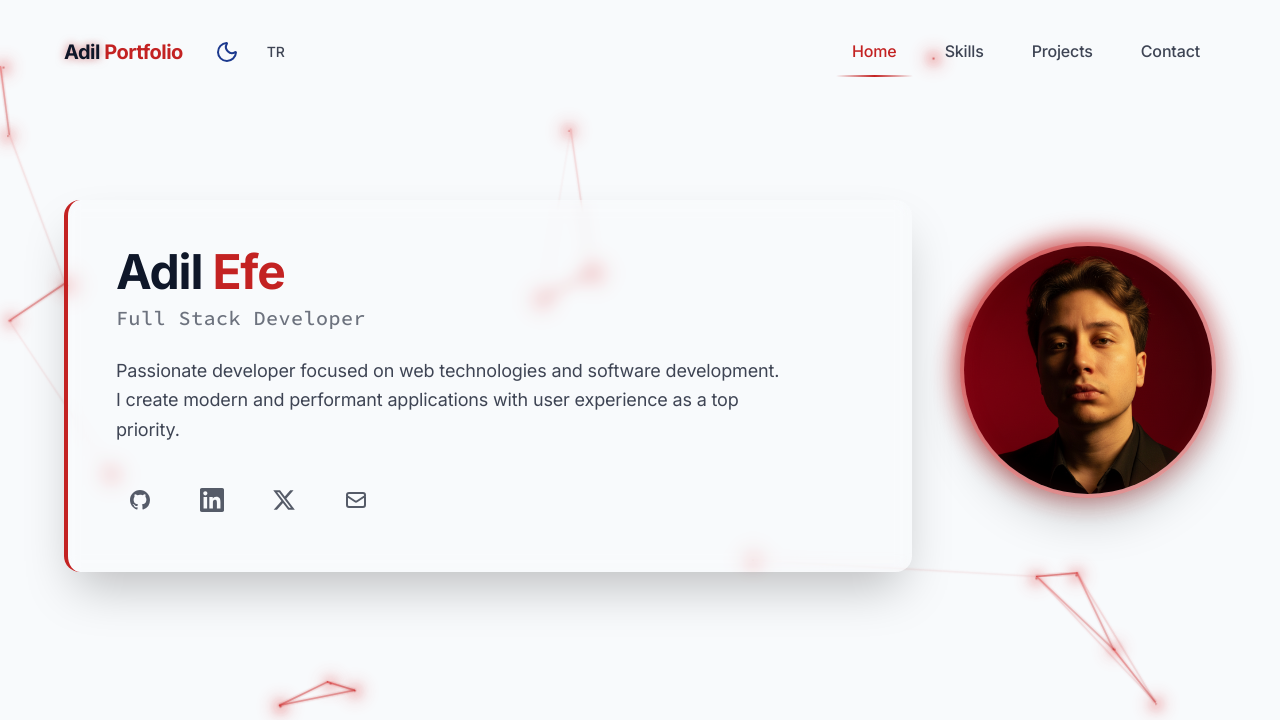
Repository: jusiann/personal-portfolio
Page: / (app in my-portfolio/)
The author's editor kept a copy of each file at every save. The page is drawn from the files as they stood at one save, then again after the next save.
The browser window is 1280 px wide. The pictures show the whole page.
The project was rebuilt for these pictures with package versions that can differ from the ones it lists, and the page was loaded fresh each time. Also part of the build but not shown: my-portfolio/vite.config.js, my-portfolio/src/pages/Skills.jsx, my-portfolio/src/pages/Projects.jsx, my-portfolio/src/pages/Contact.jsx, my-portfolio/src/pages/NotFound.jsx.

Above is the page before, as saved 2025-11-20 07:52:13.

After the next save:
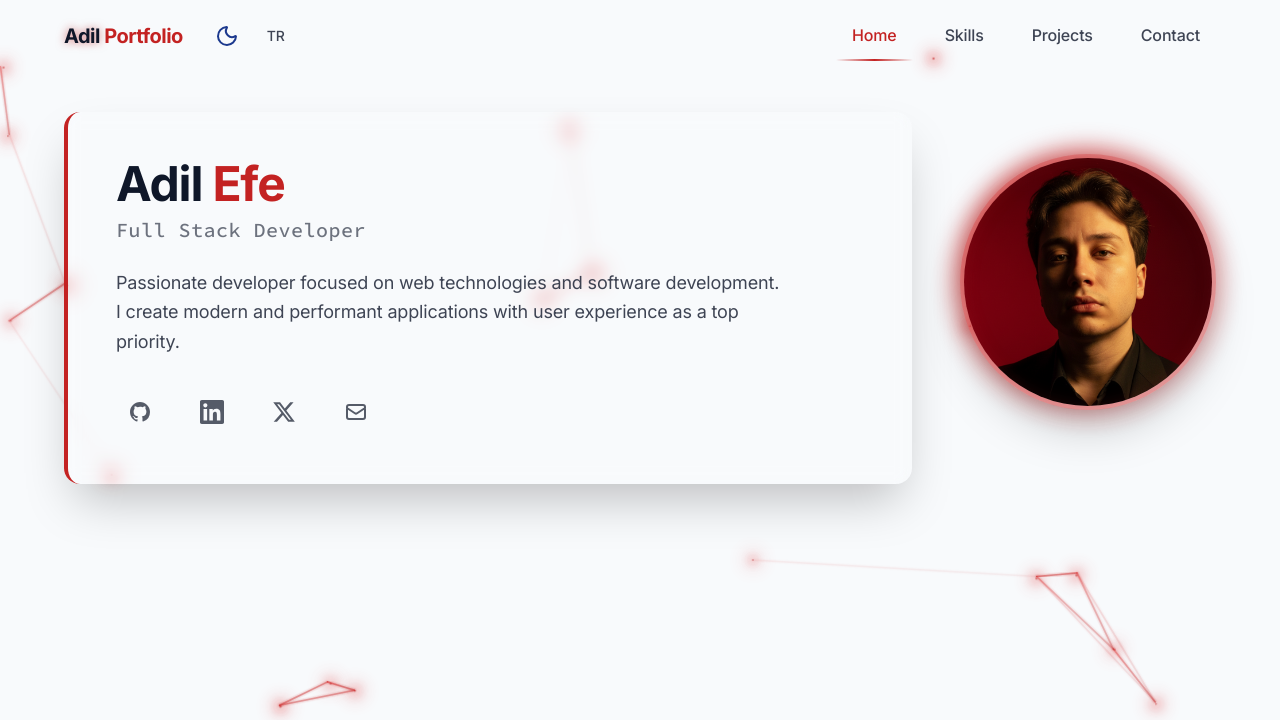
Saved 3 min 33 s later.
--- a/my-portfolio/src/components/Navbar.jsx
+++ b/my-portfolio/src/components/Navbar.jsx
@@ -38,7 +38,8 @@ export const Navbar = () => {
   return (
     <nav
       className={cn(
-        "relative w-full transition-all duration-300 py-5 mt-4"
+        "fixed top-0 left-0 right-0 w-full z-50 transition-all duration-300 py-5",
+        isScrolled ? "bg-background/80 backdrop-blur-md shadow-lg" : "bg-transparent"
       )}
     >
       <div className="w-[90%] mx-auto flex items-center justify-between h-8">
